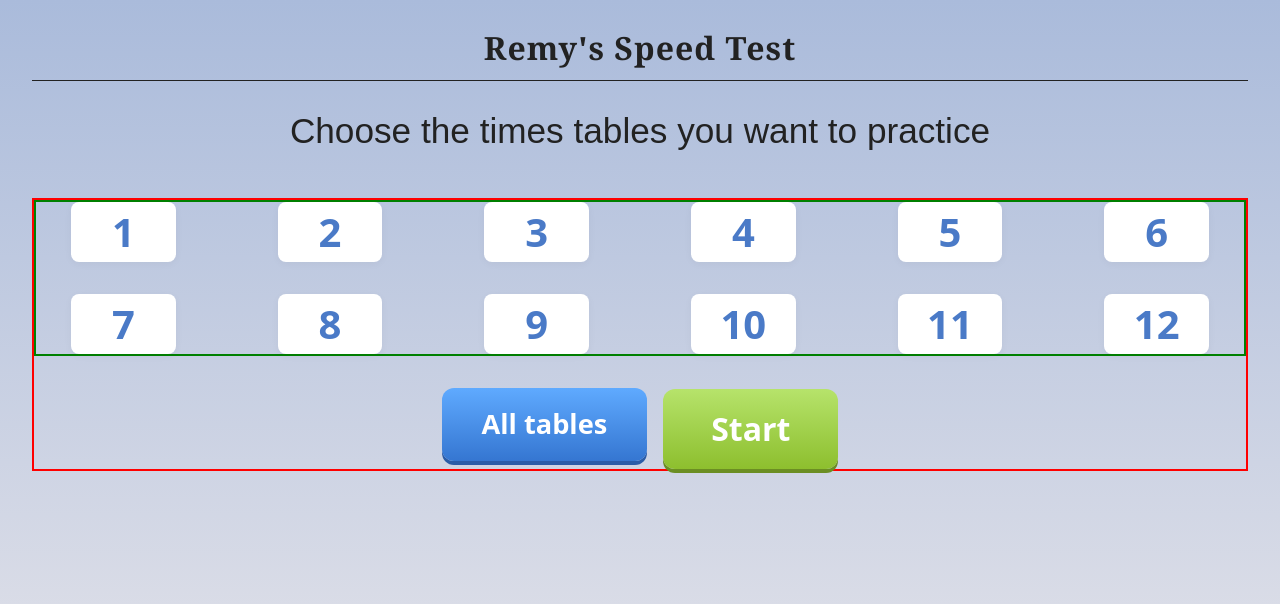
Repository: Chinurum-Omenuko/remys-speed-test
Page: / (app in app/)
The author's editor kept a copy of each file at every save. The page is drawn from the files as they stood at one save, then again after the next save.
The browser window is 1280 px wide. The pictures show the whole page.
The project was rebuilt for these pictures with package versions that can differ from the ones it lists, and the page was loaded fresh each time. The framework's server and built-in components were replaced by stand-ins that run in the browser. Also part of the build but not shown: app/svelte.config.js, app/vite.config.ts.

Above is the page before, as saved 2025-11-17 12:11:58.

After the next save:
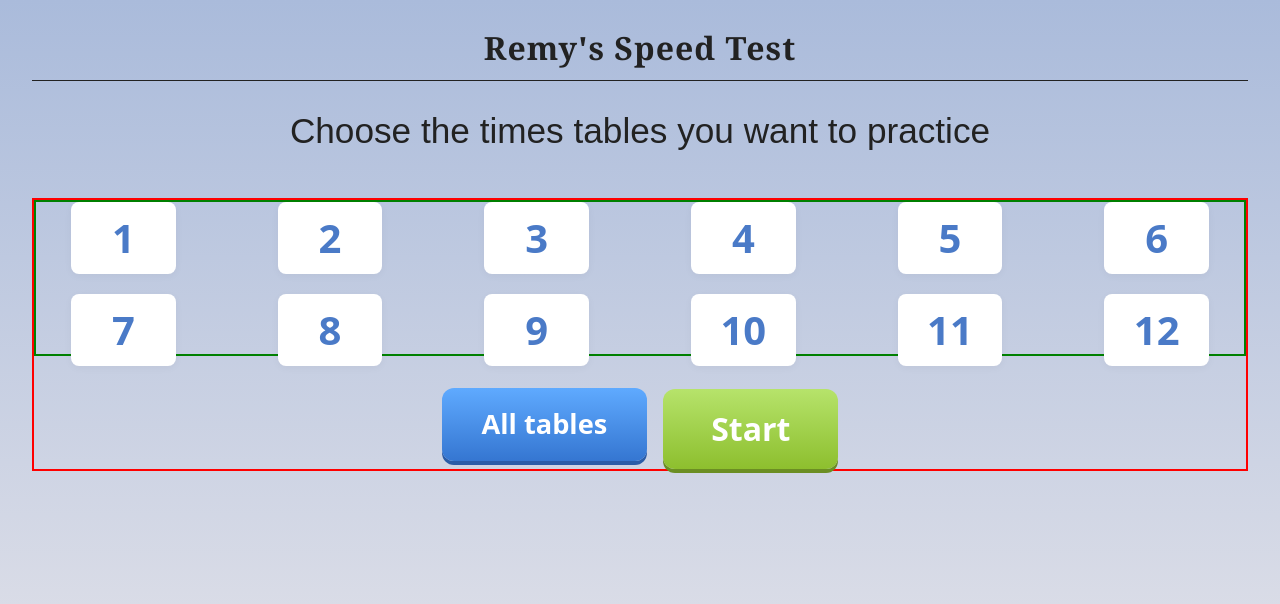
Saved 63 s later.
--- a/app/src/routes/+page.svelte
+++ b/app/src/routes/+page.svelte
@@ -121,7 +121,7 @@
 		font-weight: 700;
 		color: #4a7ac7;
 		width: 60%;
-		height: 100%;
+		height: 120%;
 		display: flex;
 		align-items: center;
 		justify-content: center;

After the save that followed:
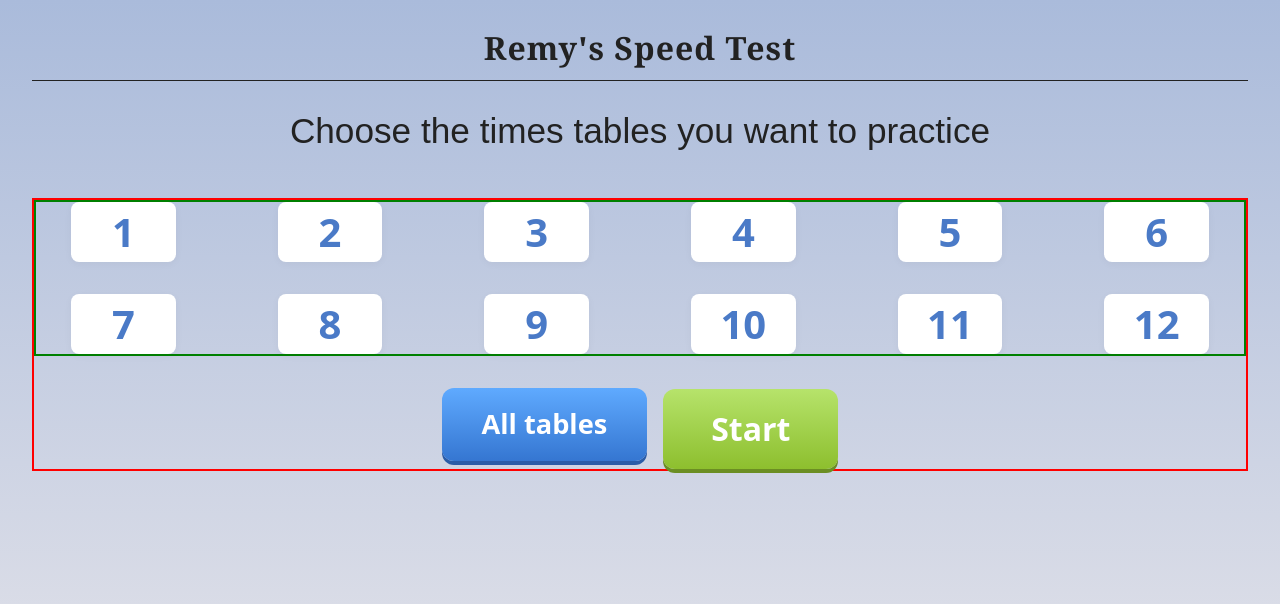
Saved 14 s later.
--- a/app/src/routes/+page.svelte
+++ b/app/src/routes/+page.svelte
@@ -121,7 +121,7 @@
 		font-weight: 700;
 		color: #4a7ac7;
 		width: 60%;
-		height: 120%;
+		height: 100%;
 		display: flex;
 		align-items: center;
 		justify-content: center;
